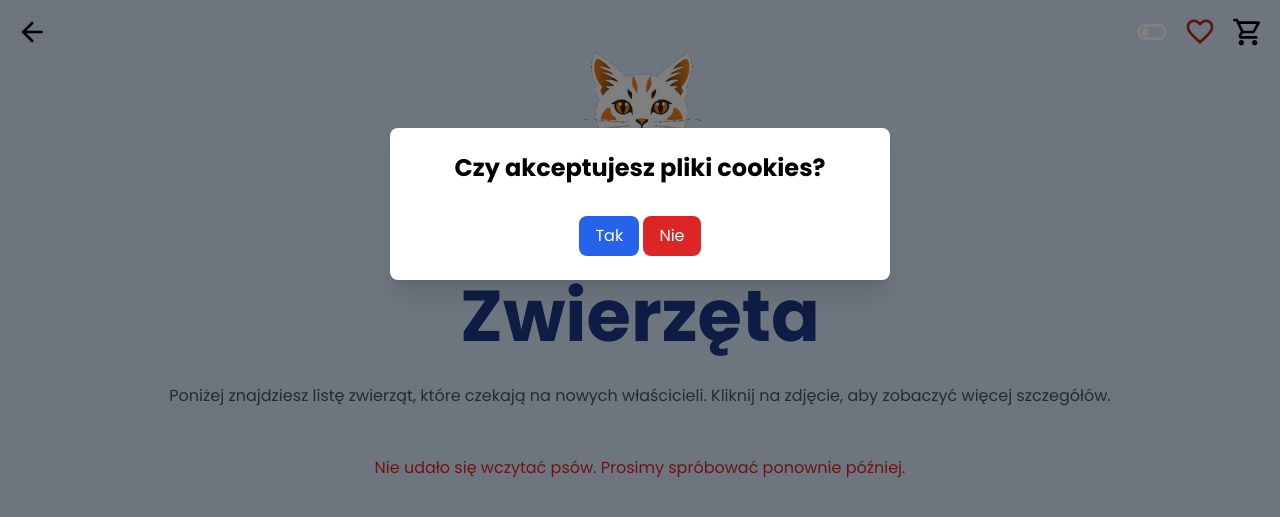
Repository: JMatuszczakk/CWLBD
Page: frontend_public/index.html
An editor plug-in stored every save of this project. The page is shown before and after the next save, followed by the edit.
The browser window is 1280 px wide. The pictures show the whole page.
The page's requests for data from a server got no answer. Some web libraries are served in a nearby version.

Above is the page before, as saved 2025-02-07 22:53:22.
Console error: ReferenceError: scrollFunction is not defined

After the next save:
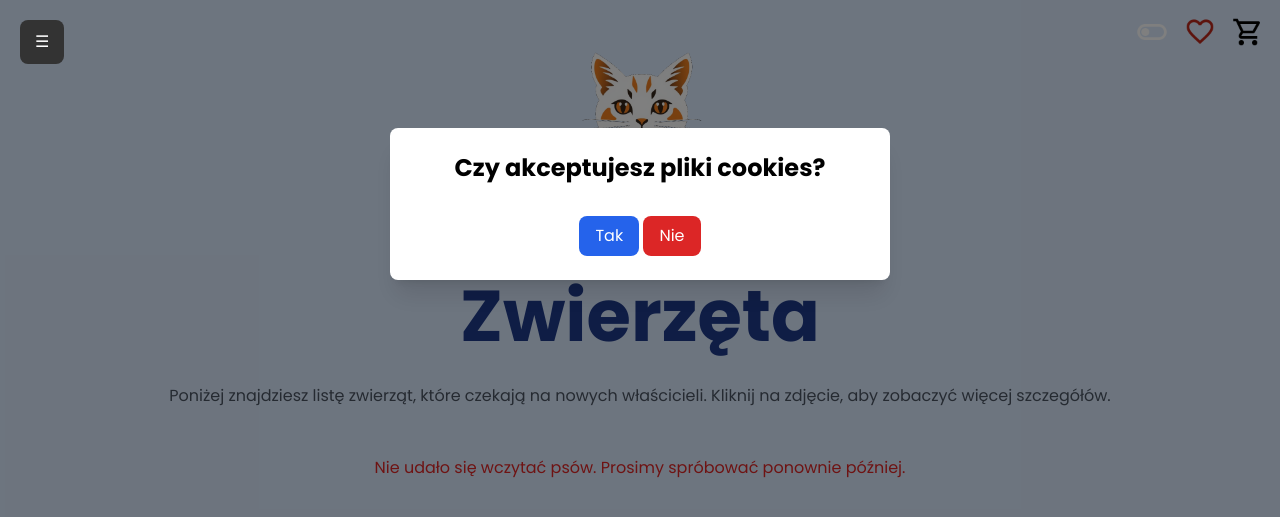
Saved 4 min 35 s later.
--- a/frontend_public/index.html
+++ b/frontend_public/index.html
@@ -65,68 +65,122 @@
             color: black;
         }
 
+        #sidebar {
+            position: fixed;
+            top: 0;
+            left: -250px;
+            width: 250px;
+            height: 100%;
+            background-color: #333;
+            transition: left 0.3s ease;
+            z-index: 1000;
+        }
+
+        #sidebar:hover {
+            left: 0;
+        }
+
+        #sidebar a {
+            display: block;
+            color: white;
+            padding: 15px;
+            text-decoration: none;
+            text-align: center;
+        }
+
+        #sidebar a:hover {
+            background-color: #575757;
+        }
+
+        #sidebar-toggle {
+            position: fixed;
+            top: 20px;
+            left: 20px;
+            background-color: #333;
+            color: white;
+            border: none;
+            padding: 10px 15px;
+            cursor: pointer;
+            z-index: 1001;
+            transition: background-color 0.3s ease;
+        }
+
+        #sidebar-toggle:hover {
+            background-color: #575757;
+        }
+
         /* Dynamiczne skalowanie dla mniejszych ekranów */
         @media (max-width: 768px) {
             h1 {
-                font-size: 4rem; /* Zmniejsz rozmiar czcionki na mniejszych ekranach */
+                font-size: 4rem;
             }
 
             .container {
-                padding: 1rem; /* Zmniejsz padding na mniejszych ekranach */
+                padding: 1rem;
             }
 
             #dogs-gallery {
-                grid-template-columns: repeat(2, 1fr); /* Zmień układ siatki na 2 kolumny */
+                grid-template-columns: repeat(2, 1fr);
             }
 
             .dog-info {
-                padding: 1rem; /* Zmniejsz padding na mniejszych ekranach */
+                padding: 1rem;
             }
 
             .dog-info h2 {
-                font-size: 1.25rem; /* Zmniejsz rozmiar czcionki na mniejszych ekranach */
+                font-size: 1.25rem;
             }
 
             .dog-info p {
-                font-size: 0.875rem; /* Zmniejsz rozmiar czcionki na mniejszych ekranach */
+                font-size: 0.875rem;
             }
 
             .modal-content {
-                margin: 5% auto; /* Zmniejsz margines na mniejszych ekranach */
+                margin: 5% auto;
             }
         }
 
         @media (max-width: 480px) {
             h1 {
-                font-size: 3rem; /* Jeszcze mniejszy rozmiar czcionki na bardzo małych ekranach */
+                font-size: 3rem;
             }
 
             #dogs-gallery {
-                grid-template-columns: 1fr; /* Zmień układ siatki na 1 kolumnę */
+                grid-template-columns: 1fr;
             }
 
             .dog-info {
-                padding: 0.5rem; /* Jeszcze mniejszy padding na bardzo małych ekranach */
+                padding: 0.5rem;
             }
 
             .dog-info h2 {
-                font-size: 1rem; /* Jeszcze mniejszy rozmiar czcionki na bardzo małych ekranach */
+                font-size: 1rem;
             }
 
             .dog-info p {
-                font-size: 0.75rem; /* Jeszcze mniejszy rozmiar czcionki na bardzo małych ekranach */
+                font-size: 0.75rem;
             }
 
             .modal-content {
-                margin: 2% auto; /* Jeszcze mniejszy margines na bardzo małych ekranach */
+                margin: 2% auto;
             }
         }
     </style>
 </head>
 
 <body class="bg-blue-100" id="body">
+    <div id="sidebar">
+        <a href="#">Strona Główna</a>
+        <a href="#">O Nas</a>
+        <a href="#">Usługi</a>
+        <a href="#">Kontakt</a>
+    </div>
+
+    <button id="sidebar-toggle" class="fixed top-4 left-4 bg-blue-600 text-white px-4 py-2 rounded-lg z-1000">
+        ☰
+    </button>
+
     <div class="container mx-auto px-4 py-8 relative">
-
         <div class="text-center mb-2">
             <img src="/logo.png" alt="CWLB Logo" class="mx-auto w-80 h-auto">
         </div>
